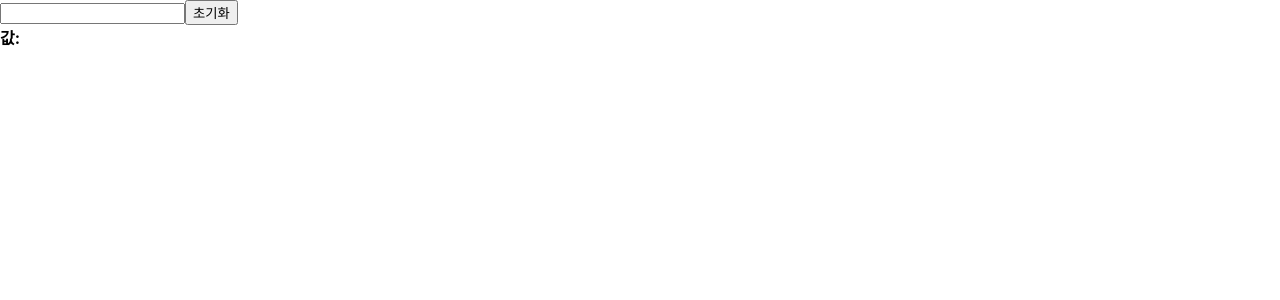
Repository: sojihwan/react-restart
Page: / (app in re-recat/)
The author's editor kept a copy of each file at every save. The page is drawn from the files as they stood at one save, then again after a run of saves.
The browser window is 1280 px wide. The pictures show the whole page.
The project was rebuilt for these pictures with package versions that can differ from the ones it lists, and the page was loaded fresh each time. Also part of the build but not shown: re-recat/src/App.css.

Above is the page before, as saved 2022-09-05 11:20:45.

### re-recat/src/App.js
import React from 'react';
// import Hello from './step1/Hello';
// import Porps from './step2/props'
// import Wrapper from './step2/Wrapper';
// import Counter from './step3/Counter';
import InputSample from './step4/InputSample';
import './App.css';


function App() {
  // step1
  // const name = 'react';
  // const style = {
  //   backgroundColor: 'black',
  //   color: 'aqua',
  //   fontSize: 24, // 기본 단위 px
  //   padding: '1rem' // 다른 단위 사용 시 문자열로 설정
  // }

  // return (
  //   <>
  //     {/* 주석은 화면에 보이지 않습니다 */}
  //     <Hello
  //        열리는 태그 내부에서는 이렇게 주석을 작성 할 수 있습니다.
  //     />
  //     <div style={style}>{name}</div>
  //     <div className="gray-box"></div>
  //   </>
  // );

  //step2
  // return (
  //   <Wrapper>
  //     <Porps name="react" color="red"/>
  //     <Porps color="pink"/>
  //   </Wrapper>
  // );

  //step3
  // return (
  //   <Counter />
  // );

  //step4
  return (
    <InputSample />
  );
}

export default App;

### re-recat/src/step4/InputSample.js
import React, { useState } from 'react';

function InputSample() {
  const [text, setText] = useState('');

  const onChange = (e) => {
    setText(e.target.value);
  };

  const onReset = () => {
    setText('');
  };

  return (
    <div>
      <input onChange={onChange} value={text}/>
      <button onClick={onReset}>초기화</button>
      <div>
        <b>값: {text}</b>
      </div>
    </div>
  );
}

export default InputSample;

Loaded but not shown: re-recat/public/index.html (common file); re-recat/src/index.js (common file); re-recat/src/index.css (common file); re-recat/src/reportWebVitals.js (common file)

After the next 4 saves:
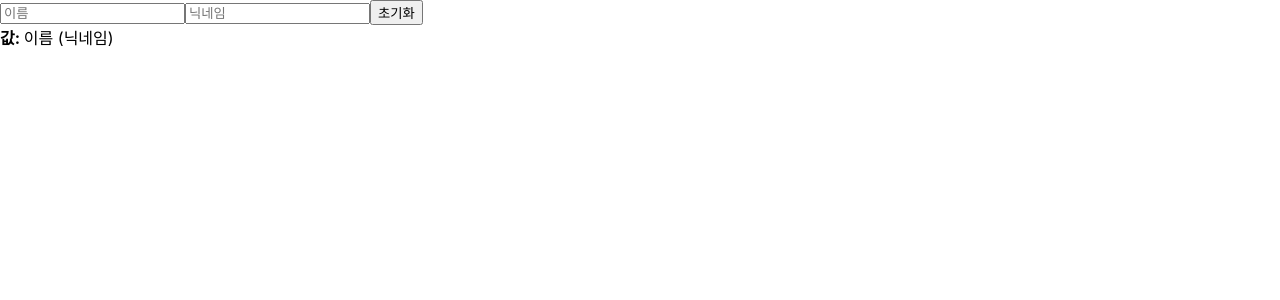
The 4 saves are shown as one change because 1 did not build or start and some came seconds apart.
The last was saved 100 min 59 s later.
--- a/re-recat/src/step4/InputSample.js
+++ b/re-recat/src/step4/InputSample.js
@@ -1,22 +1,21 @@
 import React, { useState } from 'react';
 
 function InputSample() {
-  const [text, setText] = useState('');
-
   const onChange = (e) => {
-    setText(e.target.value);
   };
 
   const onReset = () => {
-    setText('');
   };
+
 
   return (
     <div>
-      <input onChange={onChange} value={text}/>
+      <input placeholder="이름" />
+      <input placeholder="닉네임" />
       <button onClick={onReset}>초기화</button>
       <div>
-        <b>값: {text}</b>
+        <b>값: </b>
+        이름 (닉네임)
       </div>
     </div>
   );
